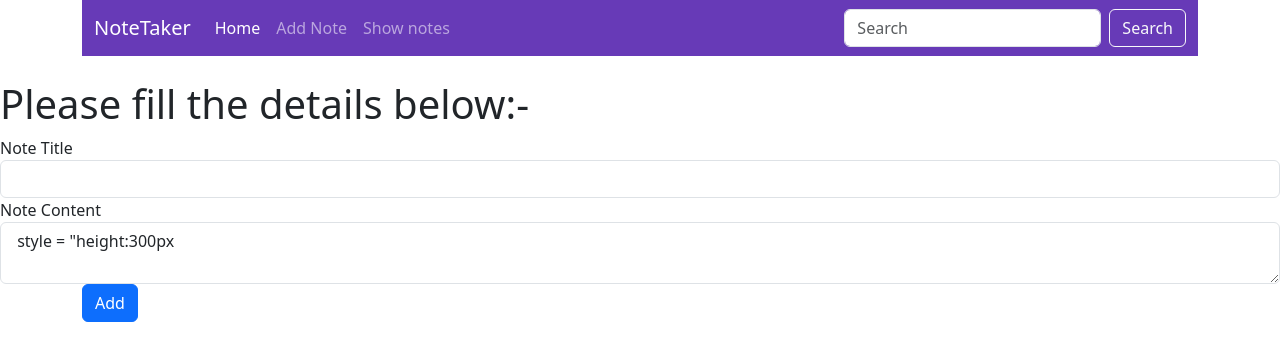
Repository: smritihbtu/Note-Maker
Page: http://localhost/NoteTaker/add_notes.jsp
These files come from the project's save history. The page is drawn as it stood at one moment and after the next save; the edit follows.
The browser window is 1280 px wide. The pictures show the whole page.
The page is served by Tomcat 9. Other server files are loaded and not shown.

Above is the page before, as saved 2023-08-20 07:02:45.

### NoteTaker/src/main/webapp/add_notes.jsp
<%@ page language="java" contentType="text/html; charset=ISO-8859-1"
    pageEncoding="ISO-8859-1"%>
<!DOCTYPE html>
<html>
<head>
<meta charset="ISO-8859-1">
<meta charset="utf-8">
    <meta name="viewport" content="width=device-width, initial-scale=1">
    <title>Bootstrap demo</title>
    <link rel="stylesheet" href="css/style.css" />
  <link href="https://cdn.jsdelivr.net/npm/bootstrap@5.3.1/dist/css/bootstrap.min.css" rel="stylesheet" integrity="sha384-4bw+/aepP/YC94hEpVNVgiZdgIC5+VKNBQNGCHeKRQN+PtmoHDEXuppvnDJzQIu9" crossorigin="anonymous">

<title>Insert title here</title>
</head>
<body>
<div class="container">
<%@include file="navbar.jsp" %>
</div>
<br>
<h1>Please fill the details below:-</h1>

<!-- form added  -->

<form action="SaveNoteServlet" method="post" >
  <div class="form-group">
    <label for="title" >Note Title</label>
    <input type="text" class="form-control" id="title" aria-describedby="emailHelp">

  </div>



  <div class="form-group">
    <label for="content" >Note Content</label>
    <textarea id="content" placeholder= "Enter your content"
    class="form-control"> style = "height:300px</textarea>
  </div>
  <div class=container text-center>
  <button type="submit" class="btn btn-primary">Add</button>
  </div>
</form>

</body>
</html>

### NoteTaker/src/main/webapp/navbar.jsp
<nav class="navbar navbar-expand-lg navbar-dark purple">
  <div class="container-fluid">
    <a class="navbar-brand" href="#">NoteTaker</a>
    <button class="navbar-toggler" type="button" data-bs-toggle="collapse" data-bs-target="#navbarSupportedContent" aria-controls="navbarSupportedContent" aria-expanded="false" aria-label="Toggle navigation">
      <span class="navbar-toggler-icon"></span>
    </button>
    <div class="collapse navbar-collapse" id="navbarSupportedContent">
      <ul class="navbar-nav me-auto mb-2 mb-lg-0">
        <li class="nav-item">
          <a class="nav-link active" aria-current="page" href="index.jsp">Home</a>
        </li>
        <li class="nav-item">
          <a class="nav-link" href="add_notes.jsp">Add Note</a>
        </li>

        <li class="nav-item">
          <a class="nav-link " href="all_notes.jsp">Show notes</a>
        </li>
      </ul>
      <form class="d-flex" role="search">
        <input class="form-control me-2" type="search" placeholder="Search" aria-label="Search">
        <button class="btn btn-outline-light" type="submit">Search</button>
      </form>
    </div>
  </div>
</nav>
</html>

### NoteTaker/src/main/webapp/css/style.css
.purple{
	background :#673ab7;
}
/* .container{
	background-color: red;
} */

After the next save:
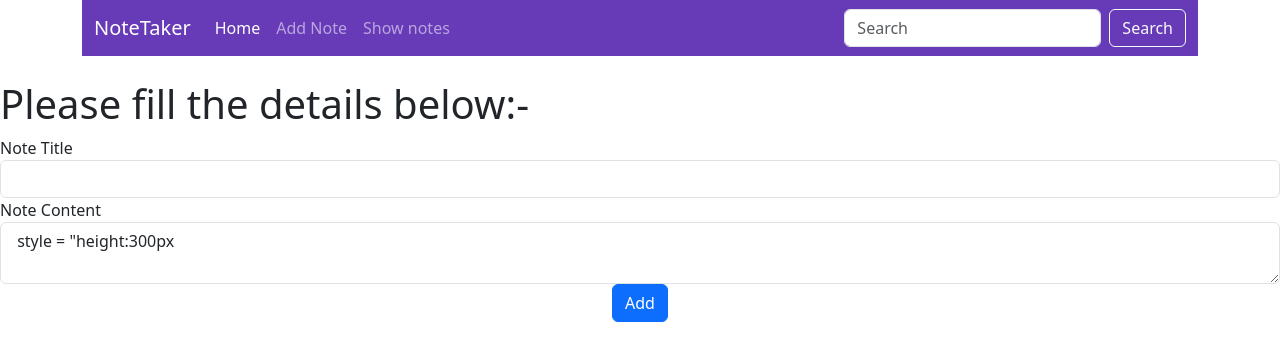
Saved 38 s later.
--- a/NoteTaker/src/main/webapp/add_notes.jsp
+++ b/NoteTaker/src/main/webapp/add_notes.jsp
@@ -35,7 +35,7 @@
     <textarea id="content" placeholder= "Enter your content"
     class="form-control"> style = "height:300px</textarea>
   </div>
-  <div class=container text-center>
+  <div class="container text-center">
   <button type="submit" class="btn btn-primary">Add</button>
   </div>
 </form>
